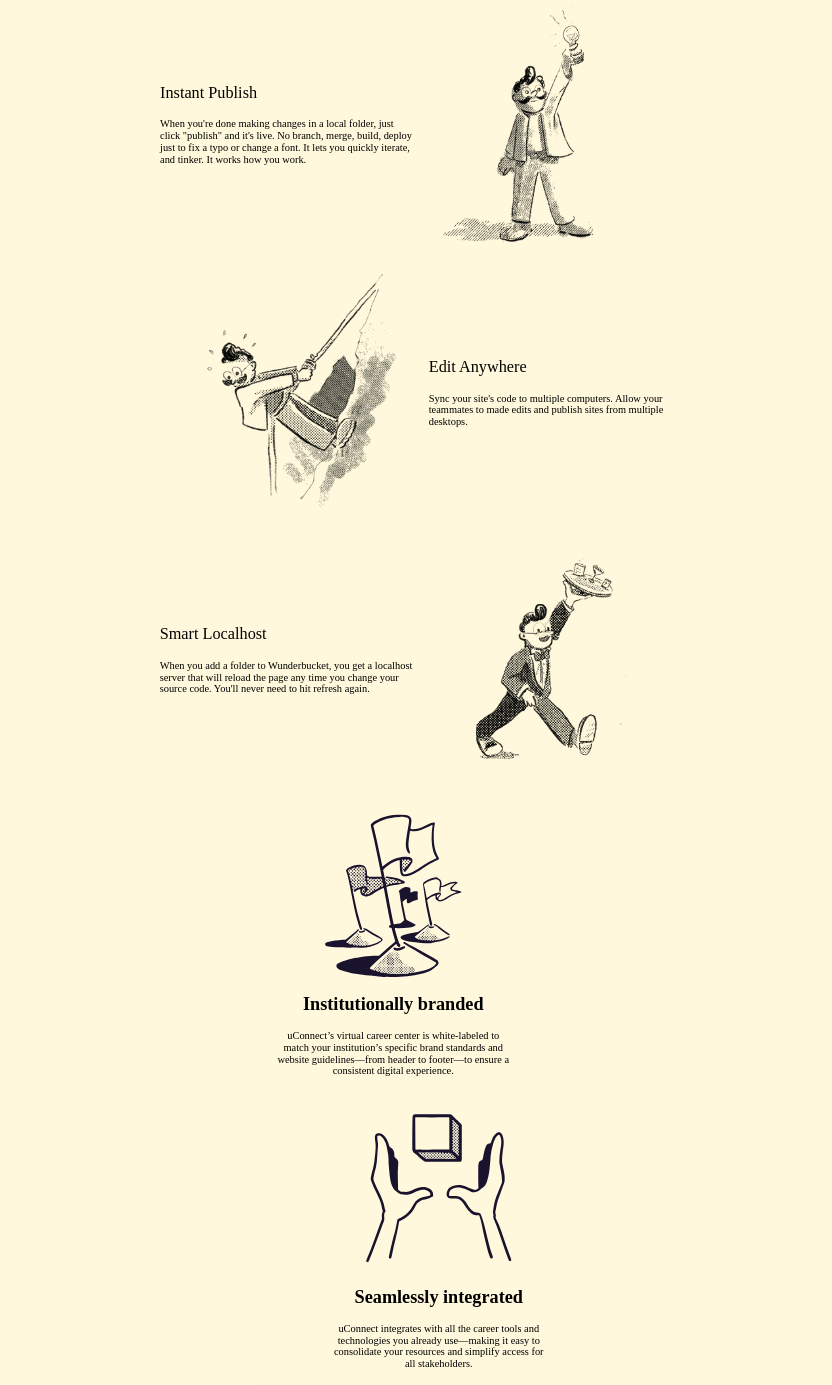
Repository: Pbemits/TEAMWORK-PROJECT-ONE
Page: index.html
These files come from the project's save history. The page is drawn as it stood at one moment and after the next save; the edit follows.
The browser window is 1280 px wide. The pictures show the whole page, at 65% of full size.
Some web fonts or font styles are not loaded; a fallback is used.

Above is the page before, as saved 2023-09-02 01:03:39.

After the next save:
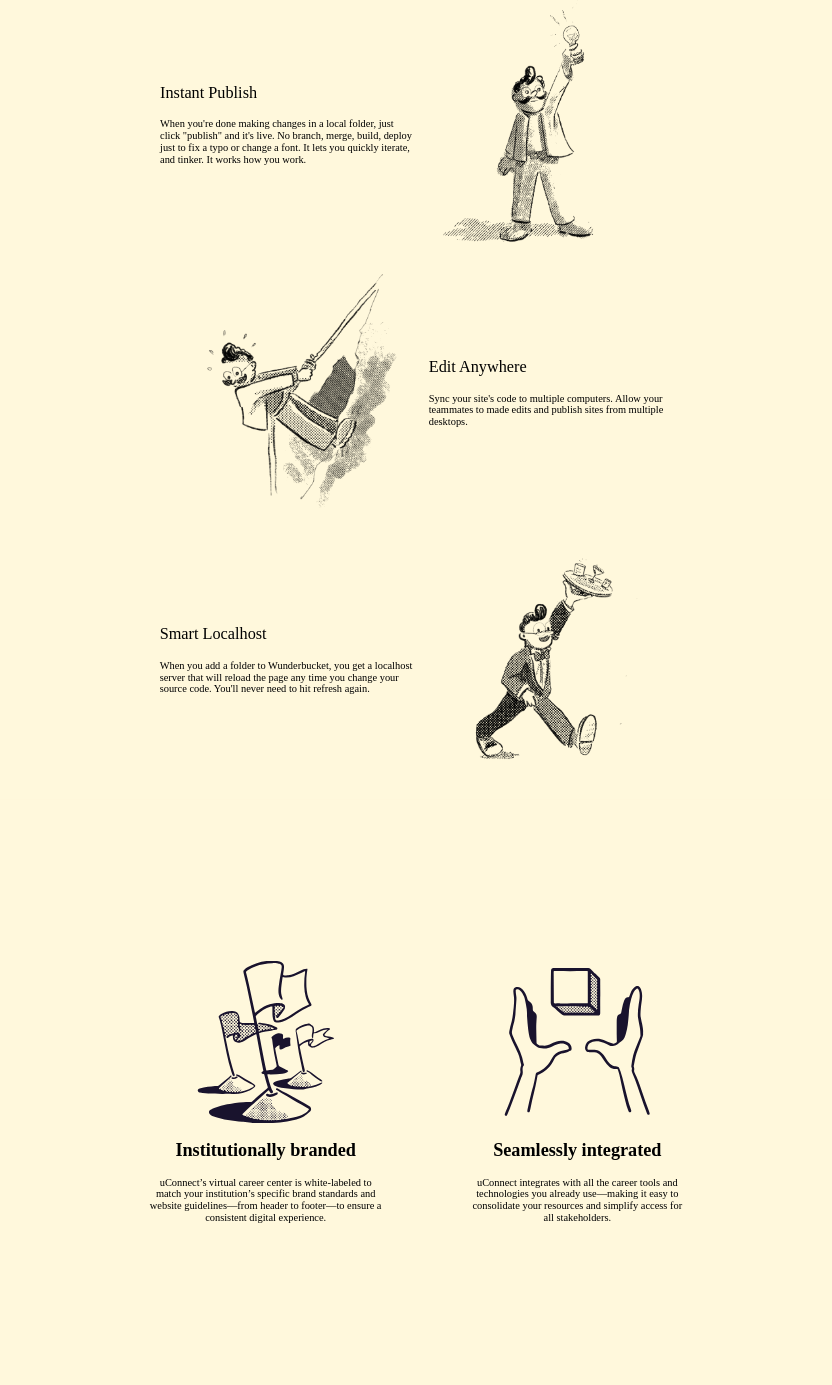
Saved 7 s later.
--- a/assets/css/main.css
+++ b/assets/css/main.css
@@ -104,12 +104,10 @@
 
 .content-section-add .content-wrapper-element-one {
     margin-right: 70px;
-    width: 80%;
 }
 
 .content-section-add .content-wrapper-element-two {
     margin-left: 70px;
-    width: 100%;
 }
 /* ?END COMMON */
 
